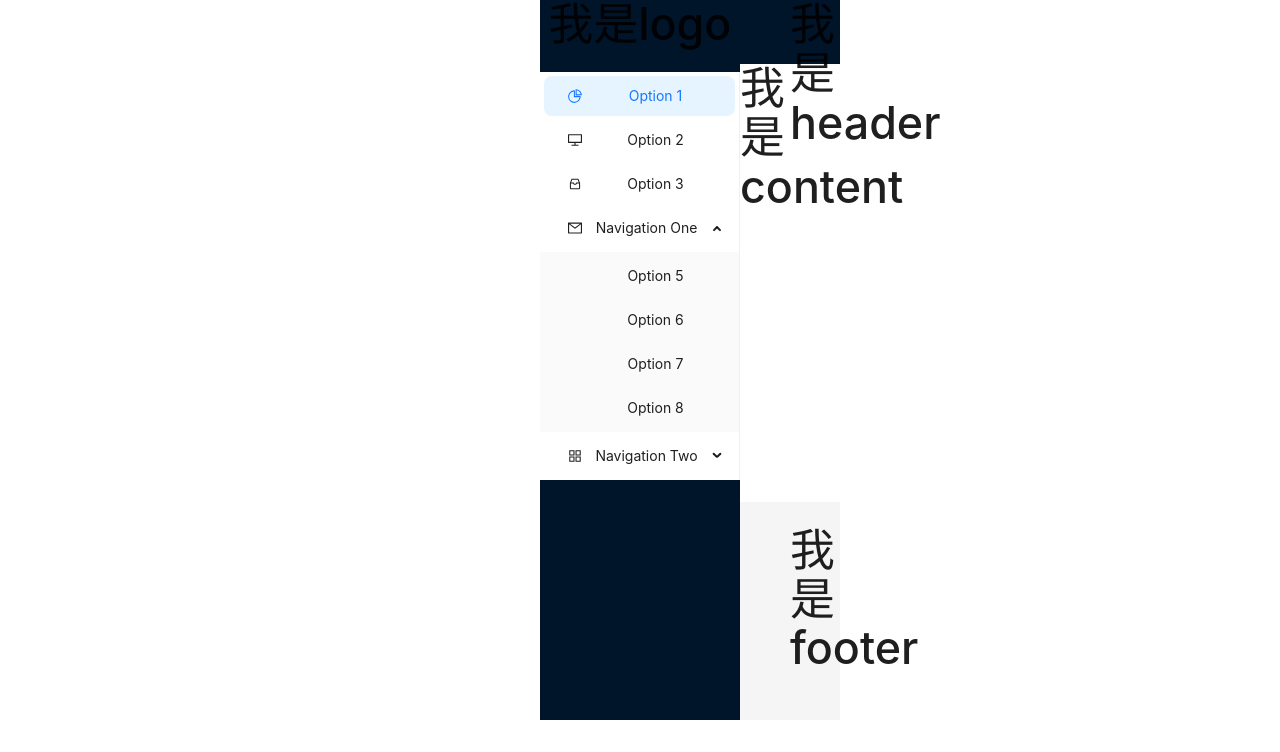
Repository: chenyl8848/chen-tool-collection
Page: /
The author's editor kept a copy of each file at every save. The page is drawn from the files as they stood at one save, then again after the next save.
The browser window is 1280 px wide. The pictures show the whole page.
The project was rebuilt for these pictures with package versions that can differ from the ones it lists, and the page was loaded fresh each time. Also part of the build but not shown: vite.config.ts, src/components/HelloWorld.vue.

Above is the page before, as saved 2024-01-09 10:37:15.

### src/main.ts
import { createApp } from 'vue'
import './style.css'

// import Antd from 'ant-design-vue';
import 'ant-design-vue/dist/reset.css';

import App from './App.vue'

const app = createApp(App)

// app.use(Antd)

app.mount('#app')

### src/App.vue
<script setup lang="ts">
import Layout from '@/layout/index.vue';
</script>

<template>
  <div class="layout">
    <Layout></Layout>
  </div>
</template>

<style scoped>
.layout {
  width: 100%;
  height: 100vh;
  display: flex;
}
</style>

### src/layout/index.vue
<script lang="ts" setup>
import Siderbar from '@/layout/siderbar/index.vue'
import Header from '@/layout/header/index.vue'
import Content from '@/layout/content/index.vue'
import Footer from '@/layout/footer/index.vue'
</script>

<template>
    <a-layout>
        <a-layout-sider>
            <Siderbar></Siderbar>
        </a-layout-sider>
        <a-layout>
            <a-layout-header>
                <Header></Header>
            </a-layout-header>
            <a-layout-content>
                <Content></Content>
            </a-layout-content>
            <a-layout-footer>
                <Footer></Footer>
            </a-layout-footer>
    </a-layout>
</a-layout></template>

<style scoped>
</style>

### src/layout/siderbar/index.vue
<script lang="ts" setup>
import Logo from '@/layout/siderbar/logo/index.vue'
import Menu from '@/layout/siderbar/menu/index.vue'
</script>

<template>
  <div>
    <Logo></Logo>
    <Menu></Menu>
  </div>
</template>

<style scoped>
</style>

### src/layout/header/index.vue
<script lang="ts" setup>

</script>

<template>
  <div>
    <h1>我是header</h1>
  </div>
</template>

### src/layout/content/index.vue
<script lang="ts" setup>

</script>

<template>
  <div>
    <h1>我是content</h1>
  </div>
</template>

### src/layout/footer/index.vue
<script lang="ts" setup>

</script>

<template>
  <div>
    <h1>我是footer</h1>
  </div>
</template>

### src/layout/siderbar/logo/index.vue
<script lang="ts" setup>

</script>

<template>
  <div>
    <h1>我是logo</h1>
  </div>
</template>

### src/layout/siderbar/menu/index.vue
<template>
    <div>
      <a-menu
        v-model:openKeys="state.openKeys"
        v-model:selectedKeys="state.selectedKeys"
        mode="inline"
        :inline-collapsed="state.collapsed"
        :items="items"
      ></a-menu>
    </div>
  </template>
  <script lang="ts" setup>
  import { reactive, watch, h } from 'vue';
  import {
    MenuFoldOutlined,
    MenuUnfoldOutlined,
    PieChartOutlined,
    MailOutlined,
    DesktopOutlined,
    InboxOutlined,
    AppstoreOutlined,
  } from '@ant-design/icons-vue';
  const state = reactive({
    collapsed: false,
    selectedKeys: ['1'],
    openKeys: ['sub1'],
    preOpenKeys: ['sub1'],
  });
  const items = reactive([
    {
      key: '1',
      icon: () => h(PieChartOutlined),
      label: 'Option 1',
      title: 'Option 1',
    },
    {
      key: '2',
      icon: () => h(DesktopOutlined),
      label: 'Option 2',
      title: 'Option 2',
    },
    {
      key: '3',
      icon: () => h(InboxOutlined),
      label: 'Option 3',
      title: 'Option 3',
    },
    {
      key: 'sub1',
      icon: () => h(MailOutlined),
      label: 'Navigation One',
      title: 'Navigation One',
      children: [
        {
          key: '5',
          label: 'Option 5',
          title: 'Option 5',
        },
        {
          key: '6',
          label: 'Option 6',
          title: 'Option 6',
        },
        {
          key: '7',
          label: 'Option 7',
          title: 'Option 7',
        },
        {
          key: '8',
          label: 'Option 8',
          title: 'Option 8',
        },
      ],
    },
    {
      key: 'sub2',
      icon: () => h(AppstoreOutlined),
      label: 'Navigation Two',
      title: 'Navigation Two',
      children: [
        {
          key: '9',
          label: 'Option 9',
          title: 'Option 9',
        },
        {
          key: '10',
          label: 'Option 10',
          title: 'Option 10',
        },
        {
          key: 'sub3',
          label: 'Submenu',
          title: 'Submenu',
          children: [
            {
              key: '11',
              label: 'Option 11',
              title: 'Option 11',
            },
            {
              key: '12',
              label: 'Option 12',
              title: 'Option 12',
            },
          ],
        },
      ],
    },
  ]);
  watch(
    () => state.openKeys,
    (_val, oldVal) => {
      state.preOpenKeys = oldVal;
    },
  );
  const toggleCollapsed = () => {
    state.collapsed = !state.collapsed;
    state.openKeys = state.collapsed ? [] : state.preOpenKeys;
  };
  </script>

Loaded but not shown: index.html (common file); src/style.css (common file)

After the next save:
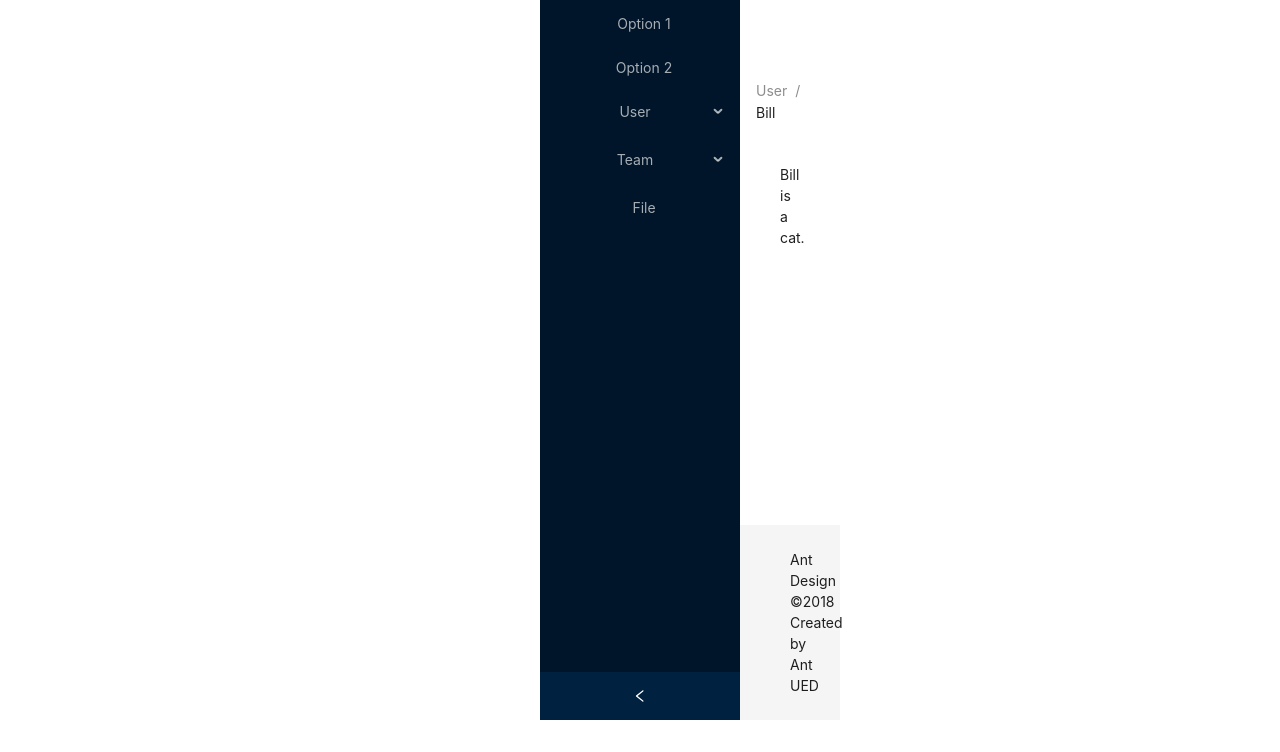
Saved 2 min 2 s later.
--- a/src/layout/index.vue
+++ b/src/layout/index.vue
@@ -6,22 +6,61 @@
 </script>
 
 <template>
-    <a-layout>
-        <a-layout-sider>
-            <Siderbar></Siderbar>
+    <a-layout style="min-height: 100vh">
+        <a-layout-sider v-model:collapsed="collapsed" collapsible>
+            <div class="logo" />
+            <a-menu v-model:selectedKeys="selectedKeys" theme="dark" mode="inline">
+                <a-menu-item key="1">
+                    <pie-chart-outlined />
+                    <span>Option 1</span>
+                </a-menu-item>
+                <a-menu-item key="2">
+                    <desktop-outlined />
+                    <span>Option 2</span>
+                </a-menu-item>
+                <a-sub-menu key="sub1">
+                    <template #title>
+                        <span>
+                            <user-outlined />
+                            <span>User</span>
+                        </span>
+                    </template>
+                    <a-menu-item key="3">Tom</a-menu-item>
+                    <a-menu-item key="4">Bill</a-menu-item>
+                    <a-menu-item key="5">Alex</a-menu-item>
+                </a-sub-menu>
+                <a-sub-menu key="sub2">
+                    <template #title>
+                        <span>
+                            <team-outlined />
+                            <span>Team</span>
+                        </span>
+                    </template>
+                    <a-menu-item key="6">Team 1</a-menu-item>
+                    <a-menu-item key="8">Team 2</a-menu-item>
+                </a-sub-menu>
+                <a-menu-item key="9">
+                    <file-outlined />
+                    <span>File</span>
+                </a-menu-item>
+            </a-menu>
         </a-layout-sider>
         <a-layout>
-            <a-layout-header>
-                <Header></Header>
-            </a-layout-header>
-            <a-layout-content>
-                <Content></Content>
+            <a-layout-header style="background: #fff; padding: 0" />
+            <a-layout-content style="margin: 0 16px">
+                <a-breadcrumb style="margin: 16px 0">
+                    <a-breadcrumb-item>User</a-breadcrumb-item>
+                    <a-breadcrumb-item>Bill</a-breadcrumb-item>
+                </a-breadcrumb>
+                <div :style="{ padding: '24px', background: '#fff', minHeight: '360px' }">
+                    Bill is a cat.
+                </div>
             </a-layout-content>
-            <a-layout-footer>
-                <Footer></Footer>
+            <a-layout-footer style="text-align: center">
+                Ant Design ©2018 Created by Ant UED
             </a-layout-footer>
+        </a-layout>
     </a-layout>
-</a-layout></template>
+</template>
 
-<style scoped>
-</style>
+<style scoped></style>
